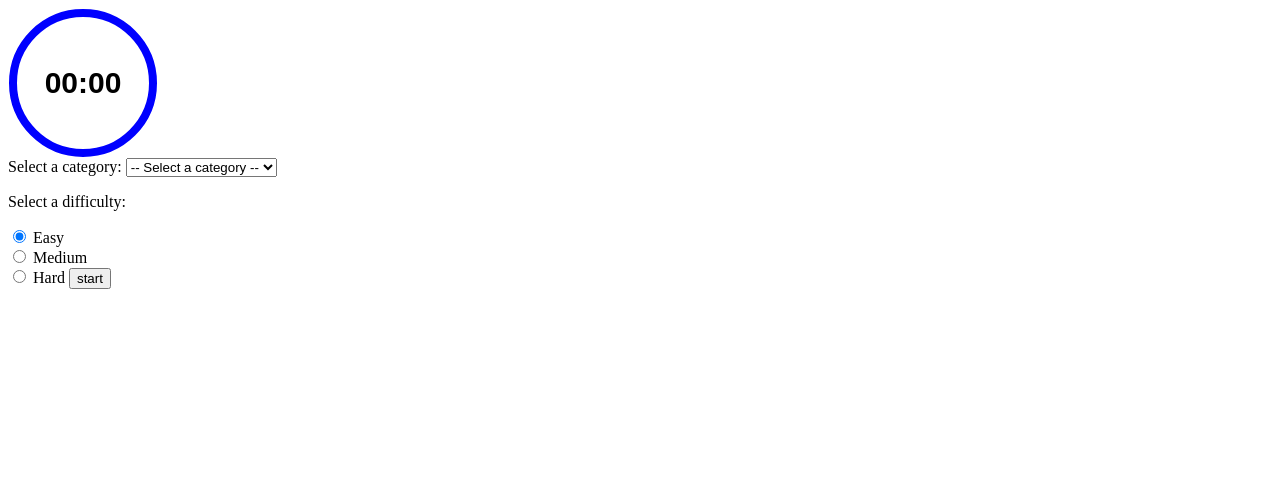
Repository: sierralaurent/SmartiePants
Page: trivia.html
An editor plug-in stored every save of this project. The page is shown before and after a run of saves, followed by the edit.
The browser window is 1280 px wide. The pictures show the whole page.

Above is the page before, as saved 2023-05-12 22:19:43.

### trivia.html
<!DOCTYPE html>
<html lang="en">

<head>
  <link rel="stylesheet" href="trivia.css">
  <meta charset="UTF-8">
  <meta http-equiv="X-UA-Compatible" content="IE=edge">
  <meta name="viewport" content="width=
    , initial-scale=1.0">

  <title>Document</title>
</head>

<body>

  <div id="time">
    <div class="circle" style="--clr:#ff2972">
        <div class="dots"></div>
        <svg>
            <circle cx="70" cy="70" r="70" id="dd"></circle>
        </svg>
        <div id="timeLeft">00:00</div>
    </div>
</div>

  <div class="settingsContainer" style='display: block;' id="settingsContainer">
    <label for="category-dropdown">Select a category:</label>
    <select id="category-dropdown">
      <option value="">-- Select a category --</option>
    </select>

    <p>Select a difficulty:</p>
    <input type="radio" id="easy" name="difficulty" value="easy" checked>
    <label for="easy">Easy</label><br>
    <input type="radio" id="medium" name="difficulty" value="medium">
    <label for="medium">Medium</label><br>
    <input type="radio" id="hard" name="difficulty" value="hard">
    <label for="hard">Hard</label>

    <button id="start-button">start</button>
  </div>


  <div class="container" id="quizContainer" style='display: none;'>
    <div id="game" class="justify-center flex-column">
      <div id="hud">
        <div id="hud-item">
          <p id="progressText" class="hud-prefix">
            Question
          </p>
          <div id="progressBar">
            <div id="progressBarFull"></div>
          </div>
        </div>
        <div id="hud-item">
          <p class="hud-prefix">
            Score
          </p>
          <h1 class="hud-main-text" id="score">
            0
          </h1>
        </div>
      </div>
      <h2 id="question">What is the answer to this questions?</h2>
      <div class="choice-container">
        <p class="choice-prefix">A</p>
        <p class="choice-text" data-number="1">Choice 1</p>
      </div>
      <div class="choice-container">
        <p class="choice-prefix">B</p>
        <p class="choice-text" data-number="2">Choice 2</p>
      </div>
      <div class="choice-container">
        <p class="choice-prefix">C</p>
        <p class="choice-text" data-number="3">Choice 3</p>
      </div>
      <div class="choice-container">
        <p class="choice-prefix">D</p>
        <p class="choice-text" data-number="4">Choice 4</p>
      </div>
    </div>
  </div>



  <script src="trivia.js" />
</body>

</html>

### trivia.css
#time .circle svg{
    position: relative;
    width: 150px;
    height: 150px;
    transform: rotate(270deg);
    }

    #time .circle svg circle{
        fill: transparent;
        stroke-width: 8;
        stroke: blue;
        transform: translate(5px,5px);
        stroke-dasharray: 440;
    }

    #time .circle{
        position: relative;
        width: 150px;
        height: 150px;
        display: flex;
        justify-content: center;
        align-items: center;
    }

    #time div{
        position: absolute;
        text-align: center;
        font-family: Arial, Helvetica, sans-serif;
        font-weight: bold;
        font-size: 30px;
    }

### trivia.js
// get the dropdown input and turns it into const
const categoryDropdown = document.getElementById("category-dropdown");
let display = '';
// fetches categories from api
fetch("https://opentdb.com/api_category.php")
  .then(response => response.json())
  .then(data => {
    // sets categories value to the data in the trivia_categories json from api
    const categories = data.trivia_categories;
    // sorts categories alphabetically
    categories.sort((a, b) => a.name.localeCompare(b.name));
    categories.forEach(category => {
      // for each category, it creates an element in the dropdown
      const option = document.createElement("option");
      option.value = category.id;
      option.text = category.name;
      categoryDropdown.add(option);
    });
  })
  // catches any errors
  .catch(error => console.error(error));



const startButton = document.getElementById("start-button");
const difficultyRadios = document.getElementsByName("difficulty");
let url = ''

// event listener for the start button. runs startQuiz function
startButton.addEventListener("click", startQuiz);

//sets the category to the value of what user picked in dropdown
function startQuiz() {
  const category = categoryDropdown.value;
  // sets diffiulty based on what user picked in radio buttons
  const difficulty = getSelectedRadioValue(difficultyRadios);
  //the url of what questions the api will give based on category and difficulty user picked
  url = `https://opentdb.com/api.php?amount=10&type=multiple${category ? `&category=${category}` : ""}${difficulty ? `&difficulty=${difficulty}` : ""}`;

  const quizContainer = document.getElementById("quizContainer");
  const settingsContainer = document.getElementById("settingsContainer")

  if (quizContainer.style.display === 'none') {
    settingsContainer.style.display = 'none'
    quizContainer.style.display = 'block';
  } else {
    quizContainer.style.display === 'none';
    settingsContainer.style.display = 'block'
  }

  const question = document.getElementById('question');
  const choices = Array.from(document.getElementsByClassName('choice-text'));
  const progressText = document.getElementById('progressText');
  const scoreText = document.getElementById('score');
  const progressBarFull = document.getElementById('progressBarFull');
  let currentQuestion = {};
  let acceptingAnswers = false;
  let score = 0;
  let questionCounter = 0;
  let availableQuesions = [];
  let questions = [];

  fetch(
    `${url}`
  )
    .then((res) => {
      return res.json();
    })
    .then((loadedQuestions) => {
      questions = loadedQuestions.results.map((loadedQuestion) => {
        const formattedQuestion = {
          question: loadedQuestion.question,
        };

        const answerChoices = [...loadedQuestion.incorrect_answers];
        formattedQuestion.answer = Math.floor(Math.random() * 4) + 1;
        answerChoices.splice(
          formattedQuestion.answer - 1,
          0,
          loadedQuestion.correct_answer
        );

        answerChoices.forEach((choice, index) => {
          formattedQuestion['choice' + (index + 1)] = choice;
        });

        return formattedQuestion;
      });
      startGame();
    })
    .catch((err) => {
      console.error(err);
    });

  //CONSTANTS
  const CORRECT_BONUS = 10;
  const MAX_QUESTIONS = 10;

  startGame = () => {
    questionCounter = 0;
    score = 0;
    availableQuesions = [...questions];
    getNewQuestion();
  };

  getNewQuestion = () => {
    if (availableQuesions.length === 0 || questionCounter >= MAX_QUESTIONS) {
      localStorage.setItem('mostRecentScore', score);
      //go to the end page
      return window.location.assign('/end.html');
    }
    questionCounter++;
    progressText.innerText = `Question ${questionCounter}/${MAX_QUESTIONS}`;
    //Update the progress bar
    progressBarFull.style.width = `${(questionCounter / MAX_QUESTIONS) * 100}%`;

    const questionIndex = Math.floor(Math.random() * availableQuesions.length);
    currentQuestion = availableQuesions[questionIndex];
    question.innerText = currentQuestion.question;

    choices.forEach((choice) => {
      const number = choice.dataset['number'];
      choice.innerText = currentQuestion['choice' + number];
    });

    availableQuesions.splice(questionIndex, 1);
    acceptingAnswers = true;
  };

  choices.forEach((choice) => {
    choice.addEventListener('click', (e) => {
      if (!acceptingAnswers) return;

      acceptingAnswers = false;
      const selectedChoice = e.target;
      const selectedAnswer = selectedChoice.dataset['number'];

      const classToApply =
        selectedAnswer == currentQuestion.answer ? 'correct' : 'incorrect';

      if (classToApply === 'correct') {
        incrementScore(CORRECT_BONUS);
      }

      selectedChoice.parentElement.classList.add(classToApply);

      setTimeout(() => {
        selectedChoice.parentElement.classList.remove(classToApply);
        getNewQuestion();
      }, 1000);
    });
  });

  incrementScore = (num) => {
    score += num;
    scoreText.innerText = score;
  };


  console.log(url)
}

function getSelectedRadioValue(radios) {
  for (let i = 0; i < radios.length; i++) {
    if (radios[i].checked) {
      return radios[i].value;
    }
  }
  return null;
}

After the next 2 saves:
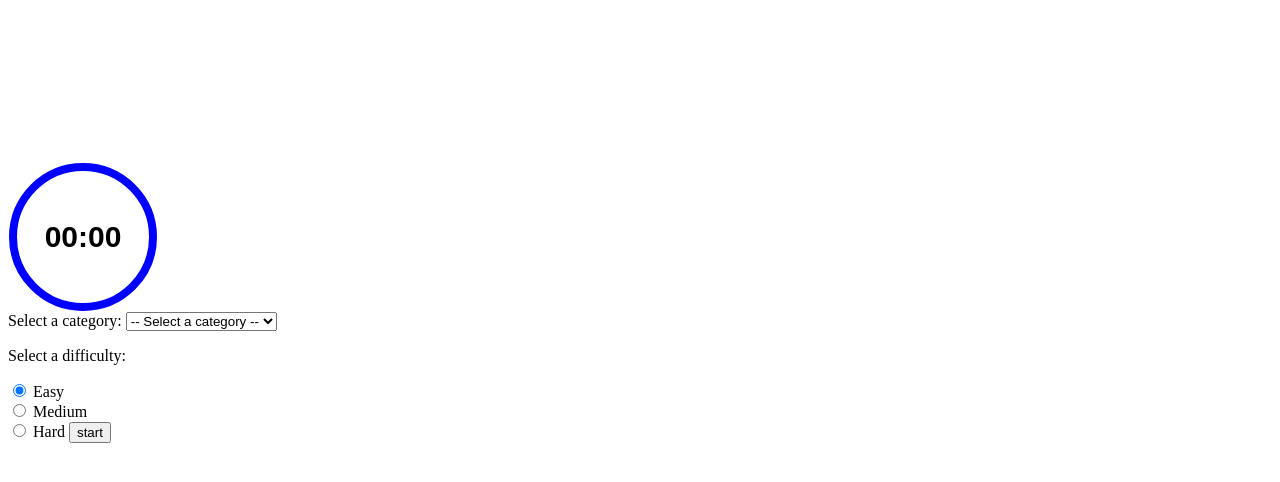
The 2 saves are shown as one change because they came seconds apart.
The last was saved 71 s later.
--- a/trivia.html
+++ b/trivia.html
@@ -12,6 +12,8 @@
 </head>
 
 <body>
+  <div id="timeLeft"></div>
+  <svg id="dd"></svg>
 
   <div id="time">
     <div class="circle" style="--clr:#ff2972">

After the save that followed:
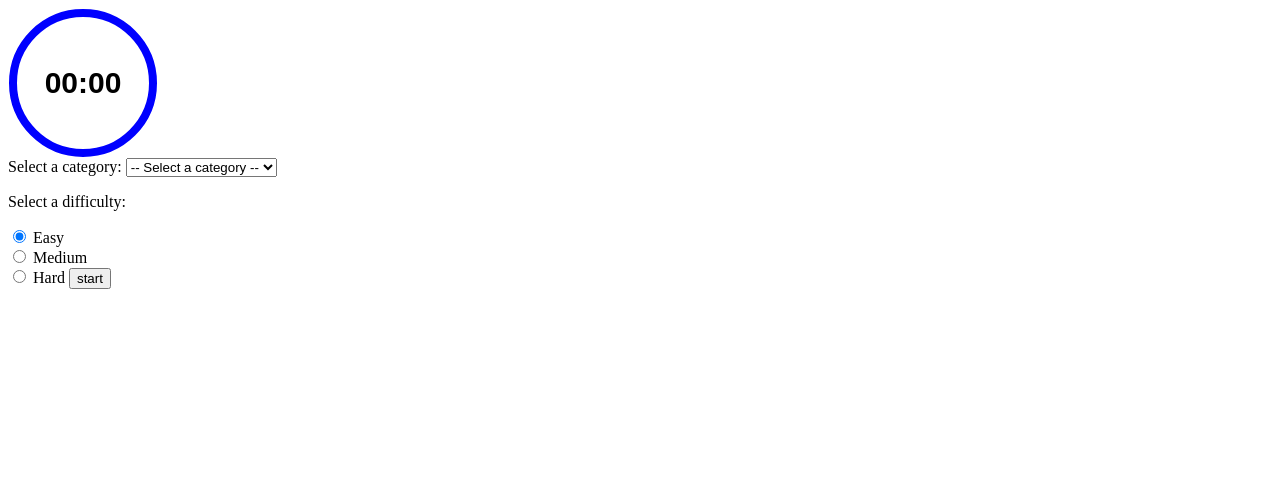
Saved 11 s later.
--- a/trivia.html
+++ b/trivia.html
@@ -12,8 +12,6 @@
 </head>
 
 <body>
-  <div id="timeLeft"></div>
-  <svg id="dd"></svg>
 
   <div id="time">
     <div class="circle" style="--clr:#ff2972">
